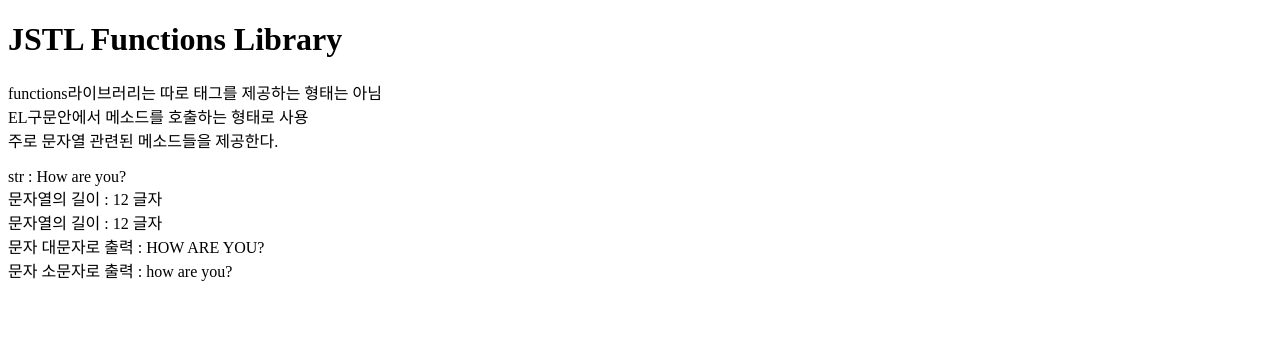
Repository: DonghwanSon1/ajax-jsp-study
Page: http://localhost/ActionProject/views/3_CustomAction/03_functions.jsp
An editor plug-in stored every save of this project. The page is shown before and after the next save, followed by the edit.
The browser window is 1280 px wide. The pictures show the whole page.
The page is served by Tomcat 9.

Above is the page before, as saved 2022-07-13 02:24:46.

After the next save:
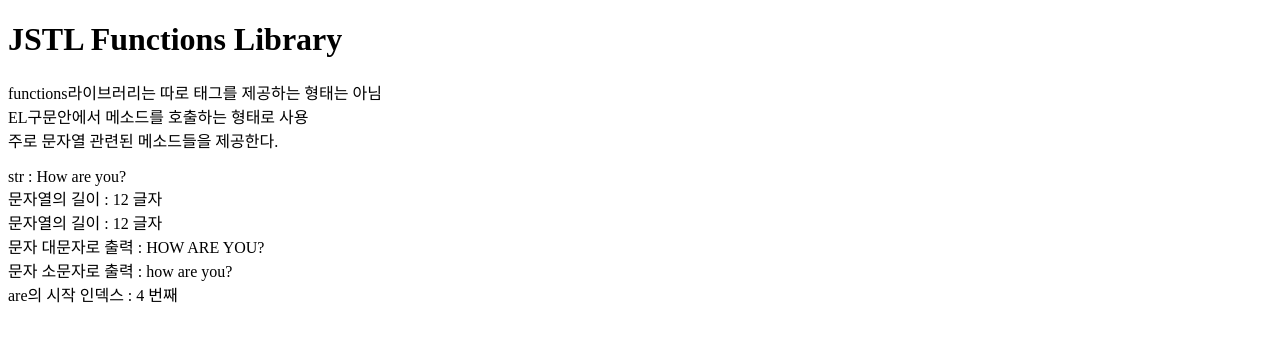
Saved 42 s later.
--- a/ActionProject/WebContent/views/3_CustomAction/03_functions.jsp
+++ b/ActionProject/WebContent/views/3_CustomAction/03_functions.jsp
@@ -28,6 +28,7 @@
 	문자 대문자로 출력 : ${ fn:toUpperCase(str) } <br>
 	문자 소문자로 출력 : ${ fn:toLowerCase(str) } <br>
 
+	are의 시작 인덱스 : ${ fn:indexOf(str,"are") } 번째 <br>
 
 
 
